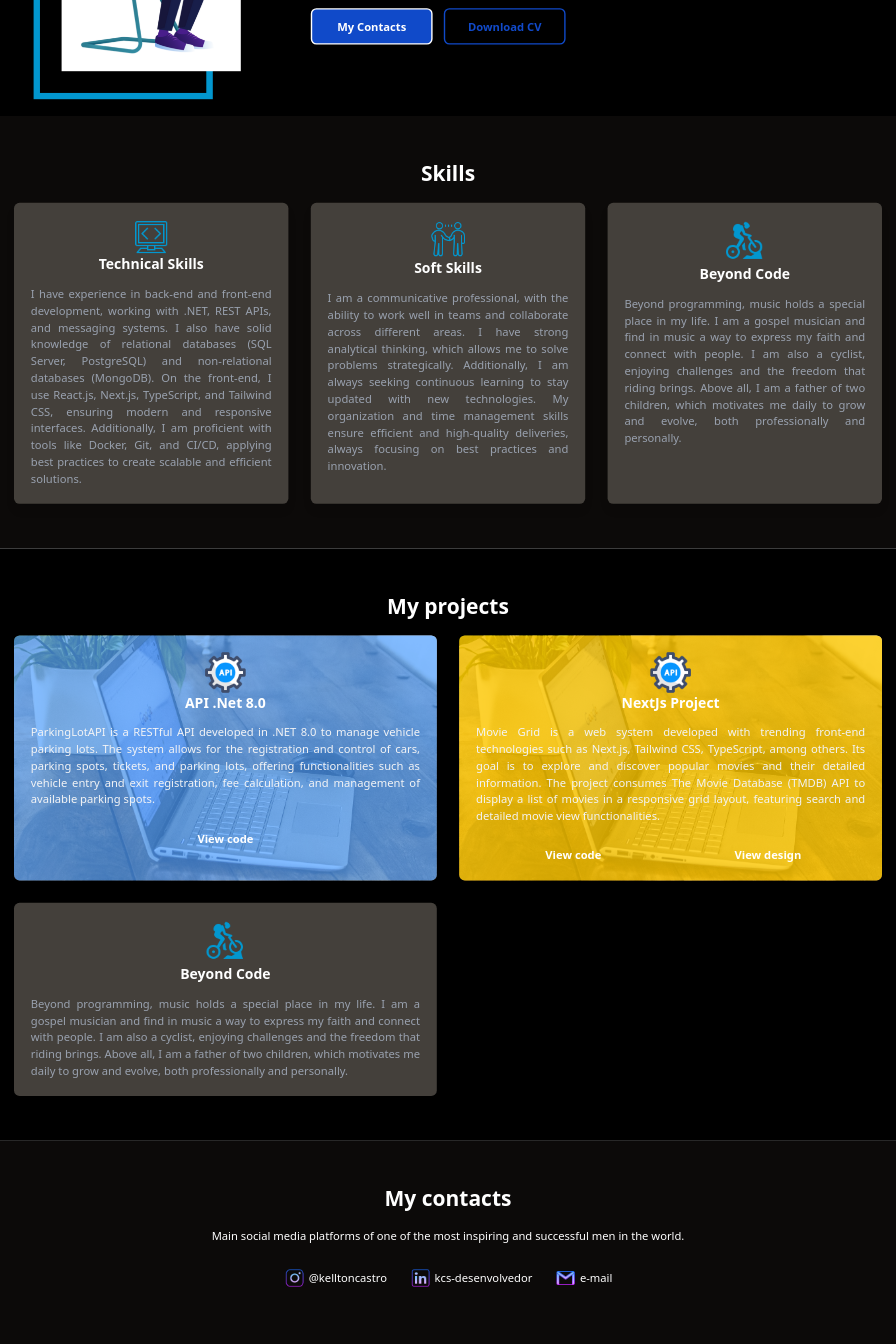
Repository: kcsdesenvolvedor/portfolio
Page: src/index.html
These files come from the project's save history. The page is drawn as it stood at one moment and after the next save; the edit follows.
The browser window is 1280 px wide. The pictures show the part of the page from y = 804 to 2724 px (the page is 2782 px tall), at 70% of full size.

Above is the page before, as saved 2025-03-08 19:39:03.
Console error: TypeError: Cannot read properties of null (reading 'textContent')

After the next save:
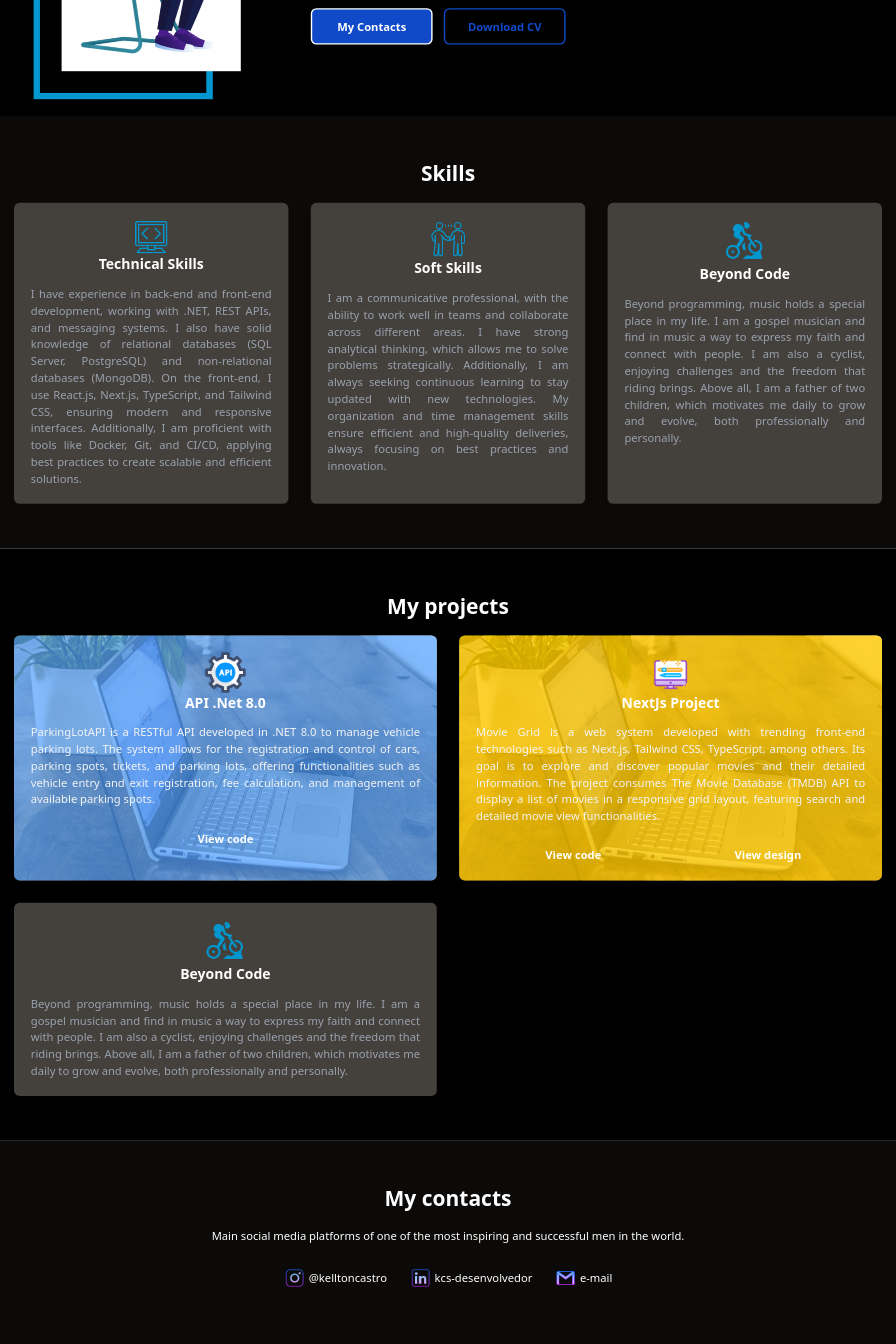
Saved 3 min 33 s later.
--- a/src/index.html
+++ b/src/index.html
@@ -220,7 +220,7 @@
                 bg-[url('./img/homeoffice.jpg')] bg-cover bg-center bg-opacity-20">
                     <div class="absolute inset-0 bg-yellow-400/80 rounded-lg"></div>
                     <div class="relative z-10 flex flex-col items-center">
-                        <img src="./img/api.png" alt="image api">
+                        <img src="./img/next-project.png" alt="image nextjs project">
                         <h4 class="text-xl text-white font-bold mb-4">NextJs Project</h4>
                         <p class="text-gray-100 text-justify">Movie Grid is a web system developed with trending front-end technologies such as Next.js, Tailwind CSS, TypeScript, among others. Its goal is to explore and discover popular movies and their detailed information. The project consumes The Movie Database (TMDB) API to display a list of movies in a responsive grid layout, featuring search and detailed movie view functionalities.</p>
                         <div class="flex justify-between mt-8 w-full">
